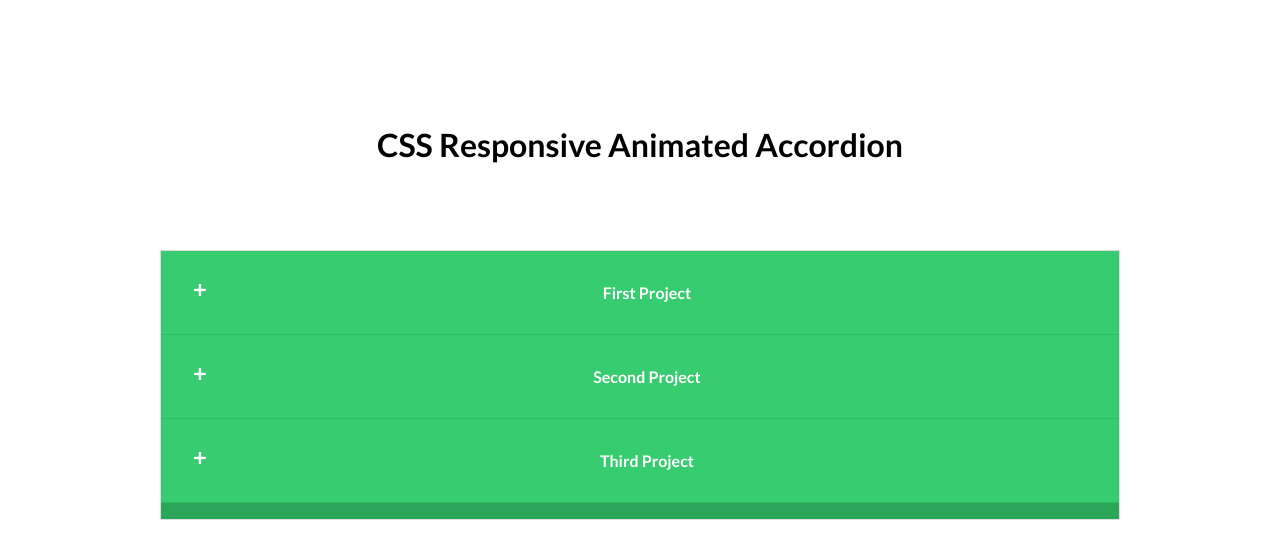
Repository: Imprasna/personalperform
Page: index.html
The author's editor kept a copy of each file at every save. The page is drawn from the files as they stood at one save, then again after the next save.
The browser window is 1280 px wide. The pictures show the whole page.
The style sheet was rebuilt from its Sass, Less or Tailwind sources for each picture, by a compiler version that may differ from the author's.

Above is the page before, as saved 2021-12-30 22:24:49.

### index.html
<!DOCTYPE html>
<html lang="en">

<head>
    <meta charset="UTF-8">
    <meta http-equiv="X-UA-Compatible" content="IE=edge">
    <meta name="viewport" content="width=device-width, initial-scale=1.0">
    <link rel="stylesheet" href="css/accordion.css">
    <title>Prasanna's Performance Tests</title>
</head>

<body>
    <div class="container">
        <h1 class="heading-primary">CSS Responsive Animated Accordion</h1>
        <div class="accordion">
            <dl>
                <dt>
                    <a href="#accordion1" aria-expanded="false" aria-controls="accordion1"
                        class="accordion-title accordionTitle js-accordionTrigger">First Project</a>
                </dt>
                <dd class="accordion-content accordionItem is-collapsed" id="accordion1" aria-hidden="true">
                    <p>Project Name : Gedee Public School.</p>
                    <p>No. of Days: 6 Months.</p>
                    <p>ToolS Used: HTML / CSS / JavaScript.</p>
                    <p>The time I joined the Company, this has been the first project that has been handed to me. Since I had no touch to whatever I learnt previously. It took me nearly 6 months and also due to the delay of contents from the client it took me so long in getting this project completed.
                    </p>
                </dd>
                <dt>
                    <a href="#accordion2" aria-expanded="false" aria-controls="accordion2"
                        class="accordion-title accordionTitle js-accordionTrigger">
                        Second Project</a>
                </dt>
                <dd class="accordion-content accordionItem is-collapsed" id="accordion2" aria-hidden="true">
                    <p>Lorem ipsum dolor sit amet, consectetur adipiscing elit. Morbi eu interdum diam. Donec interdum
                        porttitor risus non bibendum. Maecenas sollicitudin eros in quam imperdiet placerat. Cras justo
                        purus, rhoncus nec lobortis ut, iaculis vel ipsum. Donec dignissim arcu nec elit faucibus
                        condimentum. Donec facilisis consectetur enim sit amet varius. Pellentesque justo dui, sodales
                        quis luctus a, iaculis eget mauris. </p>
                    <p>Aliquam dapibus, ante quis fringilla feugiat, mauris risus condimentum massa, at elementum libero
                        quam ac ligula. Pellentesque at rhoncus dolor. Duis porttitor nibh ut lobortis aliquam. Nullam
                        eu dolor venenatis mauris placerat tristique eget id dolor. Quisque blandit adipiscing erat
                        vitae dapibus. Nulla aliquam magna nec elementum tincidunt.</p>
                </dd>

                <dt>
                    <a href="#accordion3" aria-expanded="false" aria-controls="accordion3"
                        class="accordion-title accordionTitle js-accordionTrigger">
                        Third Project
                    </a>
                </dt>
                <dd class="accordion-content accordionItem is-collapsed" id="accordion3" aria-hidden="true">
                    <p>Lorem ipsum dolor sit amet, consectetur adipiscing elit. Morbi eu interdum diam. Donec interdum
                        porttitor risus non bibendum. Maecenas sollicitudin eros in quam imperdiet placerat. Cras justo
                        purus, rhoncus nec lobortis ut, iaculis vel ipsum. Donec dignissim arcu nec elit faucibus
                        condimentum. Donec facilisis consectetur enim sit amet varius. Pellentesque justo dui, sodales
                        quis luctus a, iaculis eget mauris. </p>
                    <p>Aliquam dapibus, ante quis fringilla feugiat, mauris risus condimentum massa, at elementum libero
                        quam ac ligula. Pellentesque at rhoncus dolor. Duis porttitor nibh ut lobortis aliquam. Nullam
                        eu dolor venenatis mauris placerat tristique eget id dolor. Quisque blandit adipiscing erat
                        vitae dapibus. Nulla aliquam magna nec elementum tincidunt.</p>
                </dd>
            </dl>
        </div>
    </div>

    <script src="app.js"></script>
</body>

</html>

### app.js
//uses classList, setAttribute, and querySelectorAll
//if you want this to work in IE8/9 youll need to polyfill these
(function(){
	var d = document,
	accordionToggles = d.querySelectorAll('.js-accordionTrigger'),
	setAria,
	setAccordionAria,
	switchAccordion,
  touchSupported = ('ontouchstart' in window),
  pointerSupported = ('pointerdown' in window);

  skipClickDelay = function(e){
    e.preventDefault();
    e.target.click();
  }

		setAriaAttr = function(el, ariaType, newProperty){
		el.setAttribute(ariaType, newProperty);
	};
	setAccordionAria = function(el1, el2, expanded){
		switch(expanded) {
      case "true":
      	setAriaAttr(el1, 'aria-expanded', 'true');
      	setAriaAttr(el2, 'aria-hidden', 'false');
      	break;
      case "false":
      	setAriaAttr(el1, 'aria-expanded', 'false');
      	setAriaAttr(el2, 'aria-hidden', 'true');
      	break;
      default:
				break;
		}
	};
//function
switchAccordion = function(e) {
  console.log("triggered");
	e.preventDefault();
	var thisAnswer = e.target.parentNode.nextElementSibling;
	var thisQuestion = e.target;
	if(thisAnswer.classList.contains('is-collapsed')) {
		setAccordionAria(thisQuestion, thisAnswer, 'true');
	} else {
		setAccordionAria(thisQuestion, thisAnswer, 'false');
	}
  	thisQuestion.classList.toggle('is-collapsed');
  	thisQuestion.classList.toggle('is-expanded');
		thisAnswer.classList.toggle('is-collapsed');
		thisAnswer.classList.toggle('is-expanded');

  	thisAnswer.classList.toggle('animateIn');
	};
	for (var i=0,len=accordionToggles.length; i<len; i++) {
		if(touchSupported) {
      accordionToggles[i].addEventListener('touchstart', skipClickDelay, false);
    }
    if(pointerSupported){
      accordionToggles[i].addEventListener('pointerdown', skipClickDelay, false);
    }
    accordionToggles[i].addEventListener('click', switchAccordion, false);
  }
})();

### accordion.scss

//updated ver
* {
    box-sizing:border-box;
  }
  @import url(https://fonts.googleapis.com/css?family=Lato:400,700);
  body {

    font-family:'Lato';
  }
  .heading-primary {
    font-size:2em;
    padding:2em;
    text-align:center;
  }
  .accordion dl,
  .accordion-list {
     border:1px solid #ddd;
     &:after {
         content: "";
         display:block;
         height:1em;
         width:100%;
         background-color:darken(#38cc70, 10%);
       }
  }
  .accordion dd,
  .accordion__panel {
     background-color:#eee;
     font-size:1em;
     line-height:1.5em;
  }
  .accordion p {
    padding: .2rem;
  }

  .accordion {
      position:relative;
      background-color:#eee;
  }
  .container {
    max-width:960px;
    margin:0 auto;
    padding:2em 0 2em 0;
  }
  .accordionTitle,
  .accordion__Heading {
   background-color:#38cc70;
     text-align:center;
       font-weight:700;
            padding:2em;
            display:block;
            text-decoration:none;
            color:#fff;
            transition:background-color 0.5s ease-in-out;
    border-bottom:1px solid darken(#38cc70, 5%);
    &:before {
     content: "+";
     font-size:1.5em;
     line-height:0.5em;
     float:left;
     transition: transform 0.3s ease-in-out;
    }
    &:hover {
      background-color:darken(#38cc70, 10%);
    }
  }
  .accordionTitleActive,
  .accordionTitle.is-expanded {
     background-color:darken(#38cc70, 10%);
      &:before {

        transform:rotate(-225deg);
      }
  }
  .accordionItem {
      height:auto;
      overflow:hidden;
      //SHAME: magic number to allow the accordion to animate

       max-height:50em;
      transition:max-height 1s;


      @media screen and (min-width:48em) {
           max-height:20em;
          transition:max-height 0.5s

      }


  }

  .accordionItem.is-collapsed {
      max-height:0;
  }
  .no-js .accordionItem.is-collapsed {
    max-height: auto;
  }
  .animateIn {
       animation: accordionIn 0.45s normal ease-in-out both 1;
  }
  .animateOut {
       animation: accordionOut 0.45s alternate ease-in-out both 1;
  }
  @keyframes accordionIn {
    0% {
      opacity: 0;
      transform:scale(0.9) rotateX(-60deg);
      transform-origin: 50% 0;
    }
    100% {
      opacity:1;
      transform:scale(1);
    }
  }

  @keyframes accordionOut {
      0% {
         opacity: 1;
         transform:scale(1);
       }
       100% {
            opacity:0;
             transform:scale(0.9) rotateX(-60deg);
         }
  }

After the next save:
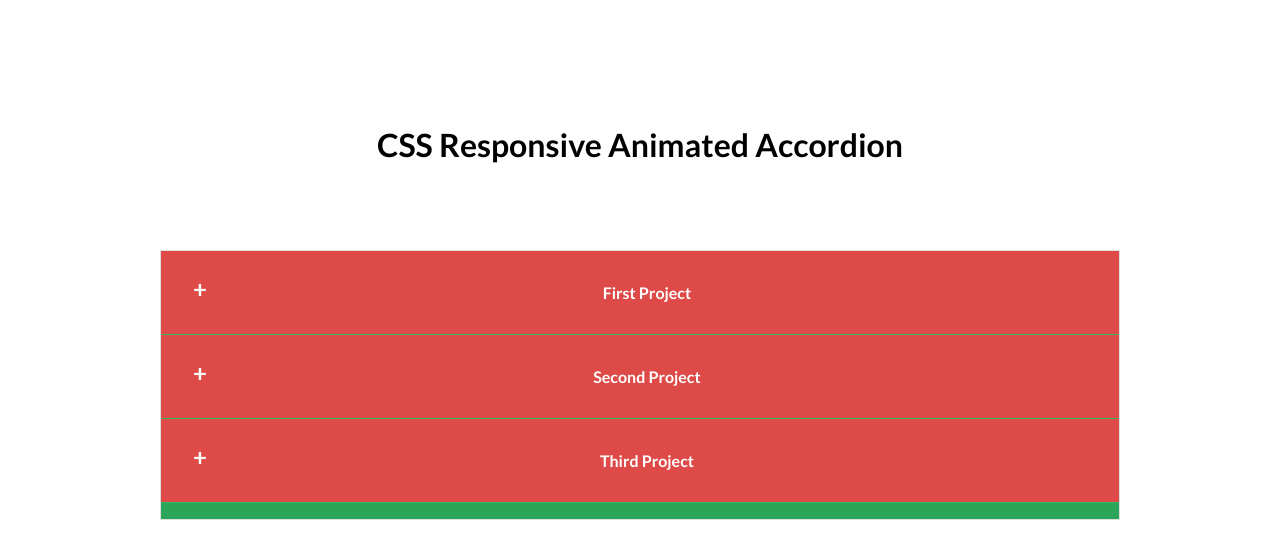
Saved 46 s later.
--- a/accordion.scss
+++ b/accordion.scss
@@ -45,7 +45,7 @@
   }
   .accordionTitle,
   .accordion__Heading {
-   background-color:#38cc70;
+   background-color:#DD4A48;
      text-align:center;
        font-weight:700;
             padding:2em;
